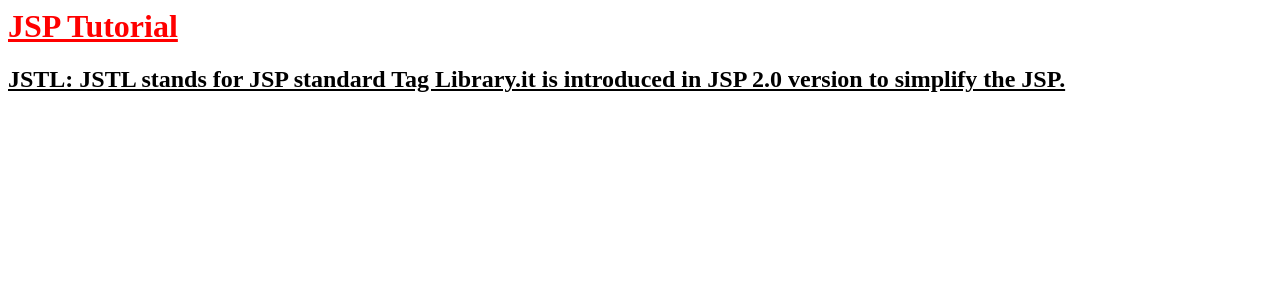
Repository: venugopalakrishnamylavarapu/Naresh-It-Full-Stack-java-Developer
Page: http://localhost/JSP/page2.jsp
These files come from the project's save history. The page is drawn as it stood at one moment and after the next save; the edit follows.
The browser window is 1280 px wide. The pictures show the whole page.
The page is served by Tomcat 9. Other server files are loaded and not shown.

Above is the page before, as saved 2023-03-14 14:35:40.

### Advanced Java/Coding/JSP/src/main/webapp/page2.jsp
<html>
<body>
<jsp:include page="header.jsp"/>
<h2><u>JSTL:
<%= "JSTL stands for JSP standard Tag Library.it is introduced in JSP 2.0 version to simplify the JSP." %></u></h2>
</body>
</html>

### Advanced Java/Coding/JSP/src/main/webapp/header.jsp
<html>
<body>
<font color=red>
<h1><u><%="JSP Tutorial" %></u></h1>
</font>
</body>
</html>

After the next save:
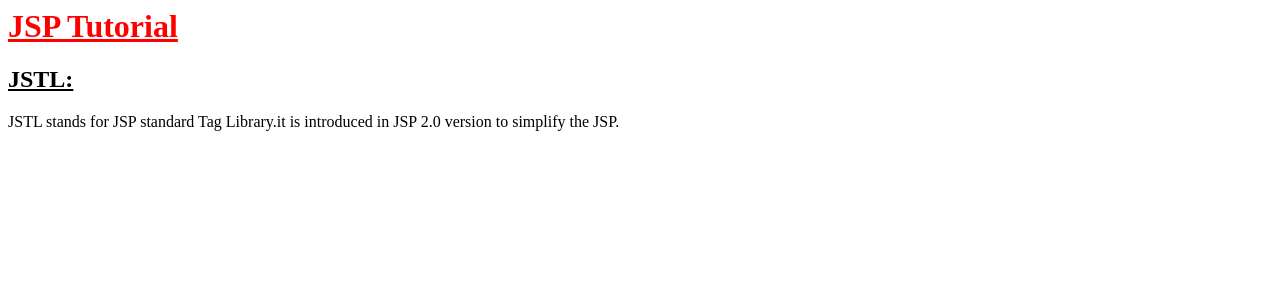
Saved 14 s later.
--- a/Advanced Java/Coding/JSP/src/main/webapp/page2.jsp
+++ b/Advanced Java/Coding/JSP/src/main/webapp/page2.jsp
@@ -1,7 +1,7 @@
 <html>
 <body>
 <jsp:include page="header.jsp"/>
-<h2><u>JSTL:
-<%= "JSTL stands for JSP standard Tag Library.it is introduced in JSP 2.0 version to simplify the JSP." %></u></h2>
+<h2><u>JSTL:</u></h2>
+<%= "JSTL stands for JSP standard Tag Library.it is introduced in JSP 2.0 version to simplify the JSP." %>
 </body>
 </html>
